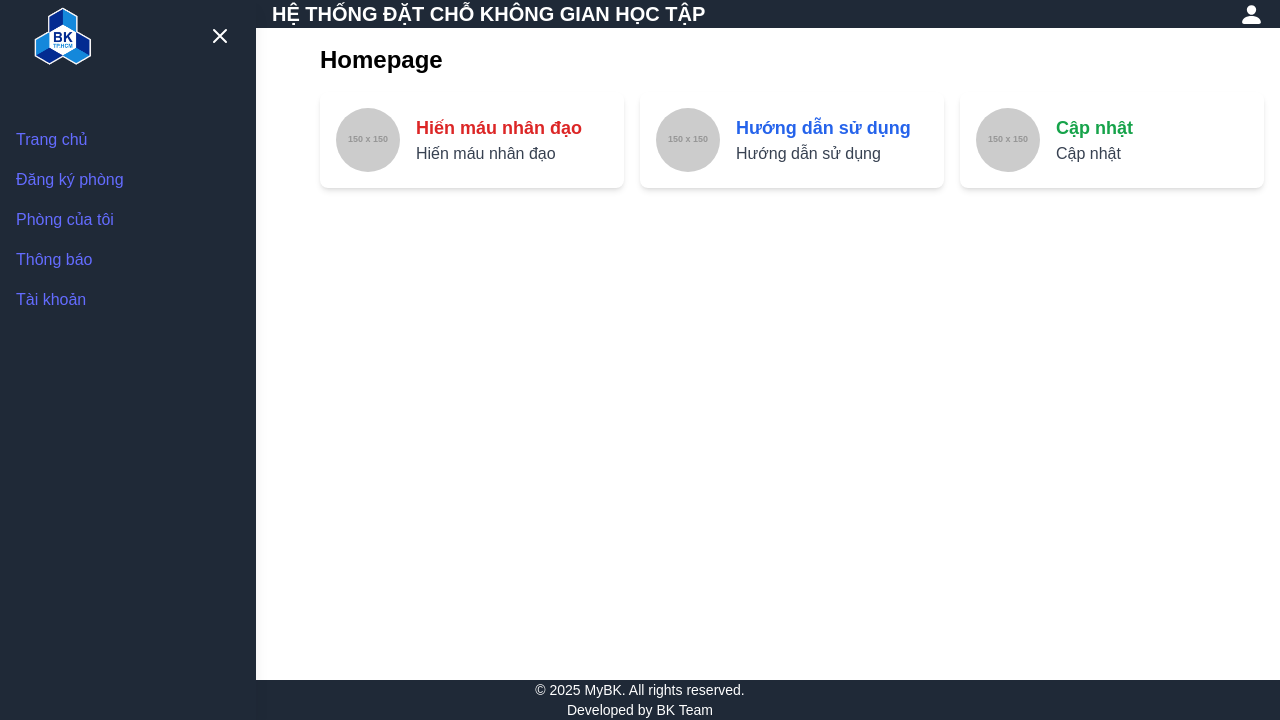
Repository: CNPM-S3MRS/frontend-web
Page: /homepage
An editor plug-in stored every save of this project. The page is shown before and after the next save, followed by the edit.
The browser window is 1280 px wide. The pictures show the whole page.
The project was rebuilt for these pictures with package versions that can differ from the ones it lists, and the page was loaded fresh each time. Also part of the build but not shown: vite.config.js, src/pages/auth/Login.jsx, src/components/card/NotificationCard.jsx, src/components/pagination/Pagination.jsx, src/components/dropdownmenu/DropdownList.jsx, src/pages/notification/notification.jsx.

Above is the page before, as saved 2025-04-10 23:26:27.

After the next save:
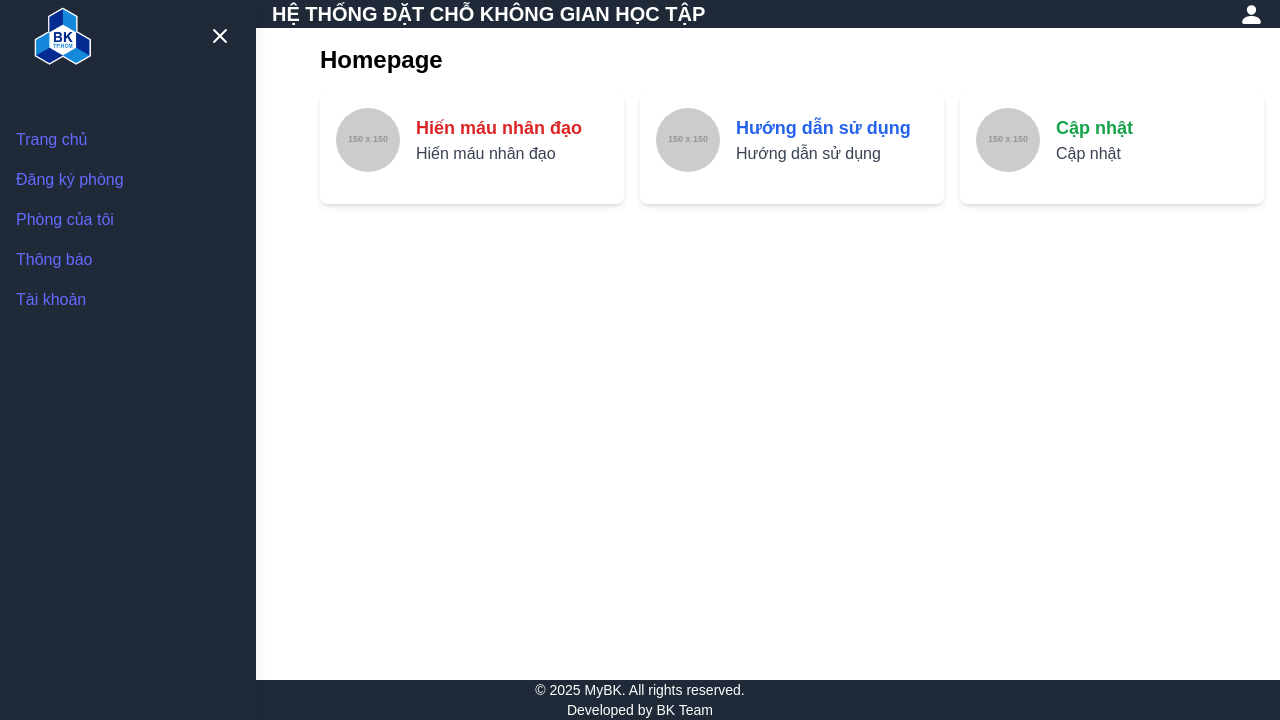
Saved 2 min 27 s later.
--- a/src/components/card/DisplayCard.jsx
+++ b/src/components/card/DisplayCard.jsx
@@ -1,18 +1,27 @@
 import React from "react";
 
-const DisplayCard = ({ image, status, statusColor, message }) => {
+const DisplayCard = ({ image, status, statusColor, message, footer }) => {
     // cardStyles : card with footer
 
     return (
-        <div className="bg-white shadow-md rounded-lg p-4 flex items-center">
-            <img src={image} alt="Notification" className="w-16 h-16 rounded-full mr-4" />
-            <div className="flex-grow">
-                <h2 className={`text-lg font-bold text-${statusColor}-600`}>{status}</h2>
-                <p className="text-gray-700">{message}</p>
+        <div className="bg-white shadow-md rounded-lg p-4 flex flex-col">
+            {/* Card Header */}
+            <div className="flex items-center mb-4">
+                <img src={image} alt="Notification" className="w-16 h-16 rounded-full mr-4" />
+                <div className="flex-grow">
+                    <h2 className={`text-lg font-bold text-${statusColor}-600`}>{status}</h2>
+                    <p className="text-gray-700">{message}</p>
+                </div>
             </div>
+
+            {/* Card Footer */}
+            {footer && (
+                <div className="mt-4 border-t pt-2 text-sm text-gray-500">
+                    {footer}
+                </div>
+            )}
         </div>
     );
-
 };
 
 export default DisplayCard;
